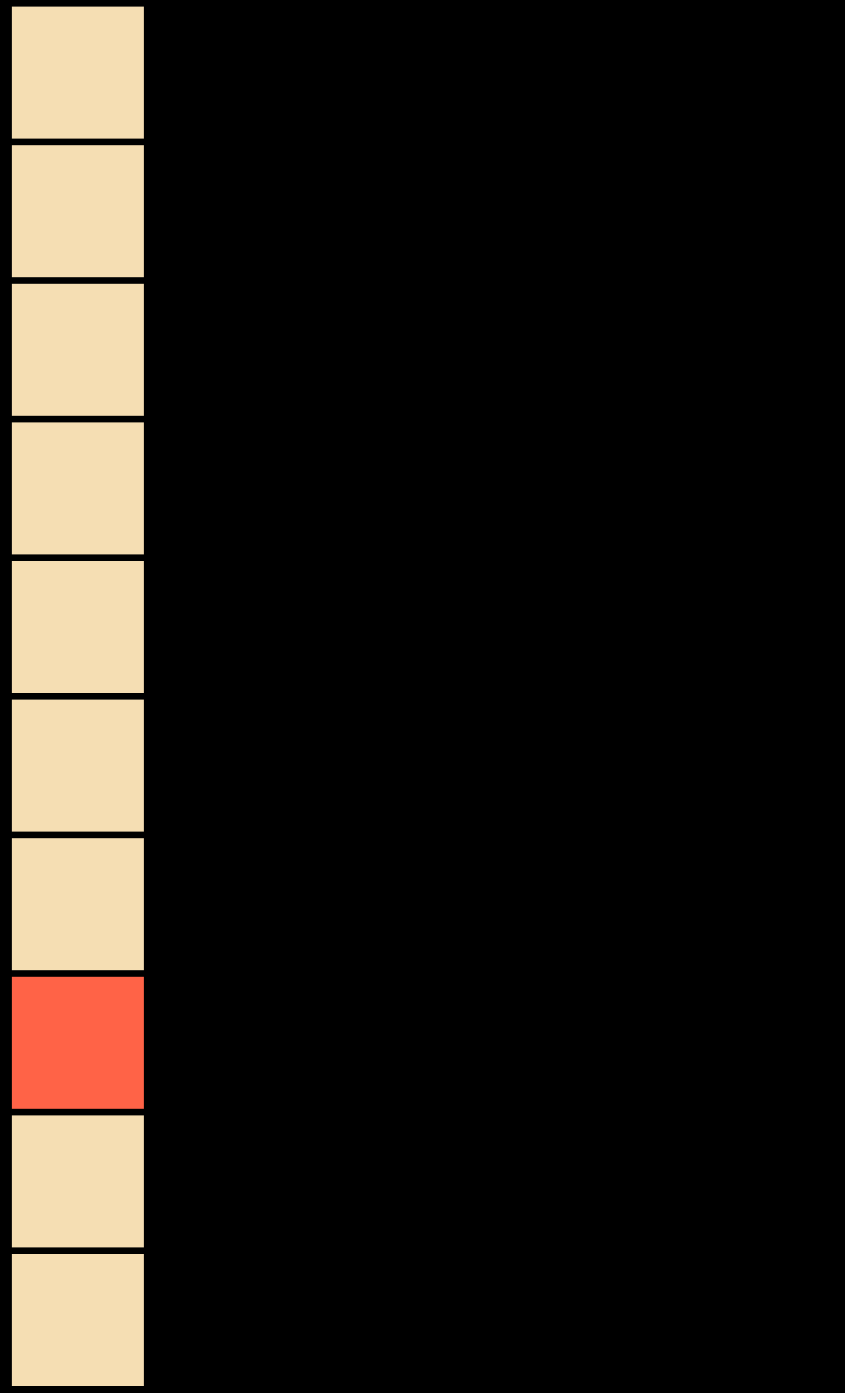
Repository: GoodHoneyCake/Dream_Coding_Academy5
Page: browser/chap1/coordinate.html
An editor plug-in stored every save of this project. The page is shown before and after the next save, followed by the edit.
The browser window is 1280 px wide. The pictures show the whole page, at 66% of full size.

Above is the page before, as saved 2021-01-28 13:06:52.

### browser/chap1/coordinate.html
<!DOCTYPE html>
<html lang="en">
  <head>
    <meta charset="UTF-8" />
    <meta name="viewport" content="width=device-width, initial-scale=1.0" />
    <title>Document</title>
  </head>
  <style>
    body {
      background-color: black;
      color: white;
    }
    p {
      position: fixed;
      left: 300px;
    }
    div {
      background-color: wheat;
      width: 200px;
      height: 200px;
      margin: 10px;
    }
    .div8 {
      background-color: tomato;
    }
  </style>
  <body>
    <p id="screen-log"></p>
    <div></div>
    <div></div>
    <div></div>
    <div></div>
    <div></div>
    <div></div>
    <div></div>
    <div class="div8"></div>
    <div></div>
    <div></div>
  </body>
  <script>
    let screenLog = document.querySelector("#screen-log");
    document.addEventListener("click", logKey);

    function logKey(e) {
      screenLog.innerText = `
    Page X/Y: ${e.pageX}, ${e.pageY}
    Client X/Y: ${e.clientX}, ${e.clientY}`;
    }
  </script>
</html>

After the next save:
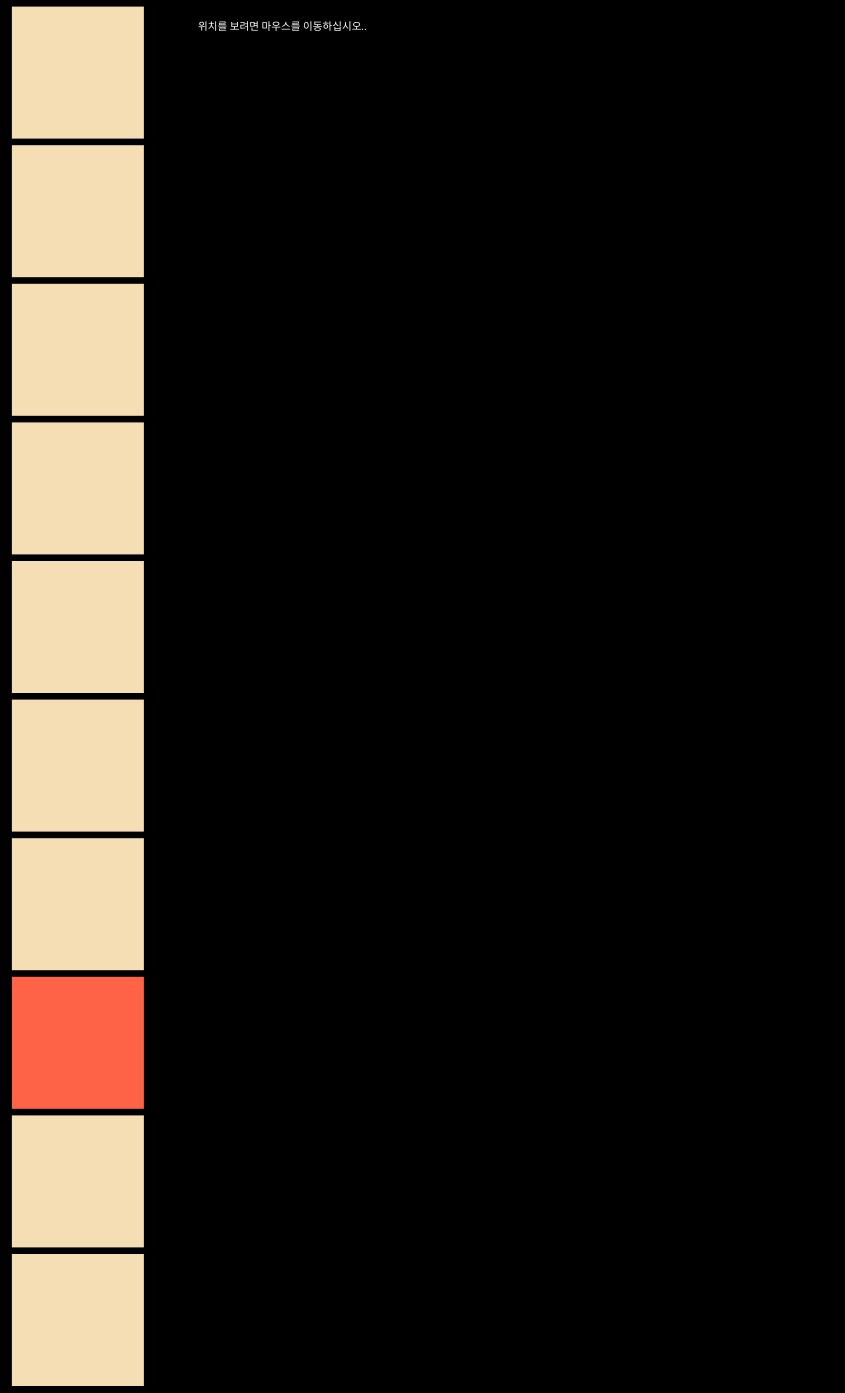
Saved 53 s later.
--- a/browser/chap1/coordinate.html
+++ b/browser/chap1/coordinate.html
@@ -25,6 +25,7 @@
     }
   </style>
   <body>
+    <p>위치를 보려면 마우스를 이동하십시오..</p>
     <p id="screen-log"></p>
     <div></div>
     <div></div>
